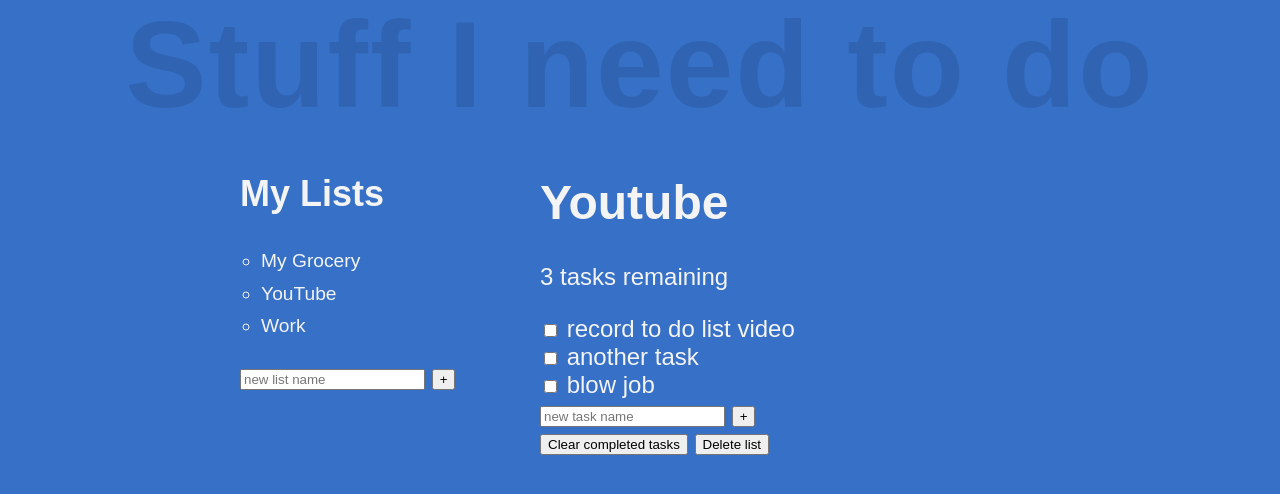
Repository: MohammadMazloum123/To-Do-List-App-
Page: index.html
The author's editor kept a copy of each file at every save. The page is drawn from the files as they stood at one save, then again after a run of saves.
The browser window is 1280 px wide. The pictures show the whole page.

Above is the page before, as saved 2024-02-15 12:40:07.

After the next 3 saves:
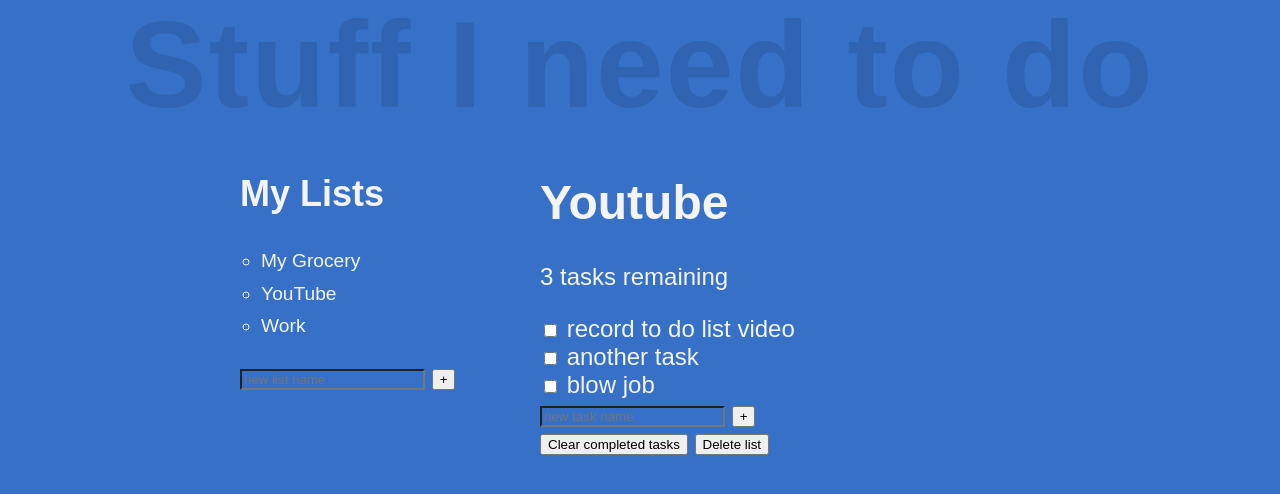
The 3 saves are shown as one change because they came seconds apart.
The last was saved 10 s later.
--- a/styles.css
+++ b/styles.css
@@ -33,7 +33,10 @@ body{
     margin: -.3rem 0 0.5rem;
     letter-spacing: 2px;
 }
+.new{
+    background: transparent;
 
+}
 
 .all-tasks{
     grid-area: lists;
